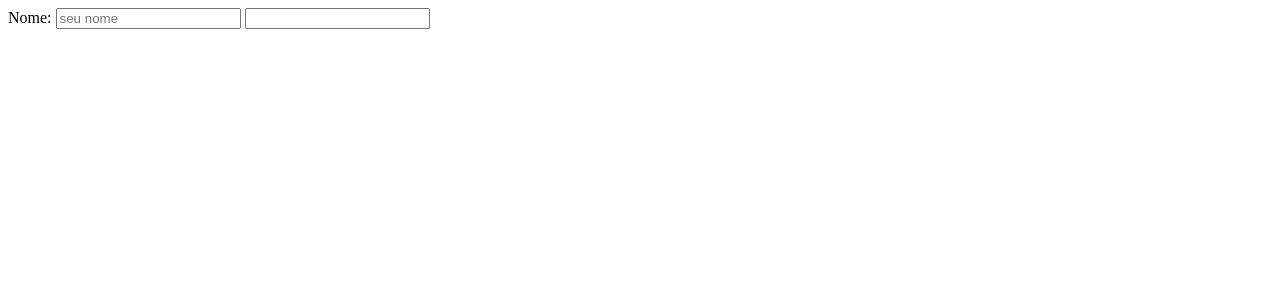
Repository: EduardoBrugneroto/basicoDeTomcat
Page: gerenciador/WebContent/formNovaEmpresa.html
These files come from the project's save history. The page is drawn as it stood at one moment and after the next save; the edit follows.
The browser window is 1280 px wide. The pictures show the whole page.

Above is the page before, as saved 2021-07-23 17:30:34.

### gerenciador/WebContent/formNovaEmpresa.html
<!DOCTYPE html>
<html>
<head>
<meta charset="ISO-8859-1">
<title>Insert title here</title>
</head>
<body>
	<form action="/gerenciador/novaEmpresa">
	Nome: <input type="text" name="Nome" placeholder="seu nome"/>
	<input tupy="submit"/>
	</form>

</body>
</html>

After the next save:
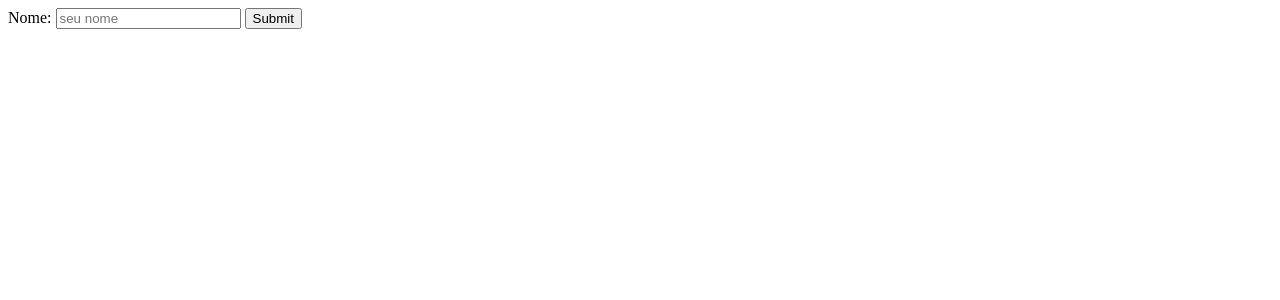
Saved 32 s later.
--- a/gerenciador/WebContent/formNovaEmpresa.html
+++ b/gerenciador/WebContent/formNovaEmpresa.html
@@ -7,7 +7,7 @@
 <body>
 	<form action="/gerenciador/novaEmpresa">
 	Nome: <input type="text" name="Nome" placeholder="seu nome"/>
-	<input tupy="submit"/>
+	<input type="submit"/>
 	</form>
 
 </body>
